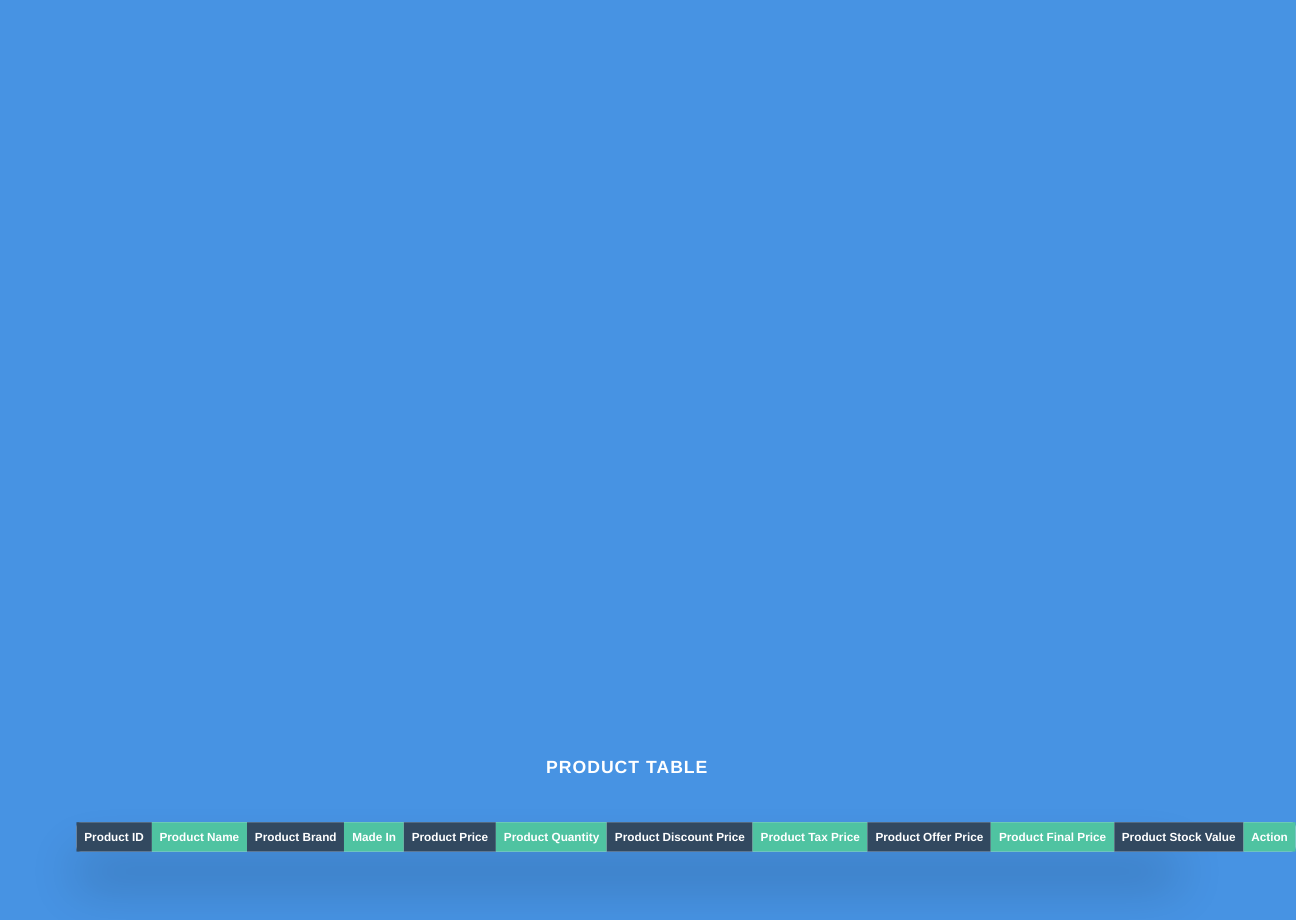
Repository: Prishu1310/SpringBootProjects
Page: http://localhost/product-list
These files come from the project's save history. The page is drawn as it stood at one moment and after the next save; the edit follows.
The browser window is 1280 px wide. The page is 1322 px wide, so the pictures cover 1322 px, including what lies to the right of the window. The pictures show the whole page, at 98% of full size.
The page is this project's Thymeleaf template; nobody is signed in. The template is opened directly, without the code that normally fills it, so the values that code supplies are empty.

Above is the page before, as saved 2024-12-21 17:38:01.

### com.springbootmvc/src/main/resources/templates/product-list.html
<!DOCTYPE html>
<html lang="en" xmlns:th="http://www.thymeleaf.org">
<head>
<meta charset="UTF-8">
<meta name="viewport" content="width=device-width, initial-scale=1.0">
<title>Product Table</title>
<style>
*{
    box-sizing: border-box;
    -webkit-box-sizing: border-box;
    -moz-box-sizing: border-box;
}
body{
    font-family: Helvetica;
    -webkit-font-smoothing: antialiased;
    background: rgba( 71, 147, 227, 1);
}
h2{
    text-align: center;
    font-size: 18px;
    text-transform: uppercase;
    letter-spacing: 1px;
    color: white;
    padding: 30px 0;
}

/* Table Styles */

.table-wrapper{
    margin: 10px 70px 70px;
    box-shadow: 0px 35px 50px rgba( 0, 0, 0, 0.2 );
}

.fl-table {
    border-radius: 5px;
    font-size: 12px;
    font-weight: normal;
    border: none;
    border-collapse: collapse;
    width: 100%;
    max-width: 100%;
    white-space: nowrap;
    background-color: white;
}

.fl-table td, .fl-table th {
    text-align: center;
    padding: 8px;
}

.fl-table td {
    border-right: 1px solid #f8f8f8;
    font-size: 12px;
}

.fl-table thead th {
    color: #ffffff;
    background: #4FC3A1;
}


.fl-table thead th:nth-child(odd) {
    color: #ffffff;
    background: #324960;
}

.fl-table tr:nth-child(even) {
    background: #F8F8F8;
}

/* Responsive */

@media (max-width: 767px) {
    .fl-table {
        display: block;
        width: 100%;
    }
    .table-wrapper:before{
        content: "Scroll horizontally >";
        display: block;
        text-align: right;
        font-size: 11px;
        color: white;
        padding: 0 0 10px;
    }
    .fl-table thead, .fl-table tbody, .fl-table thead th {
        display: block;
    }
    .fl-table thead th:last-child{
        border-bottom: none;
    }
    .fl-table thead {
        float: left;
    }
    .fl-table tbody {
        width: auto;
        position: relative;
        overflow-x: auto;
    }
    .fl-table td, .fl-table th {
        padding: 20px .625em .625em .625em;
        height: 60px;
        vertical-align: middle;
        box-sizing: border-box;
        overflow-x: hidden;
        overflow-y: auto;
        width: 120px;
        font-size: 13px;
        text-overflow: ellipsis;
    }
    .fl-table thead th {
        text-align: left;
        border-bottom: 1px solid #f7f7f9;
    }
    .fl-table tbody tr {
        display: table-cell;
    }
    .fl-table tbody tr:nth-child(odd) {
        background: none;
    }
    .fl-table tr:nth-child(even) {
        background: transparent;
    }
    .fl-table tr td:nth-child(odd) {
        background: #F8F8F8;
        border-right: 1px solid #E6E4E4;
    }
    .fl-table tr td:nth-child(even) {
        border-right: 1px solid #E6E4E4;
    }
    .fl-table tbody td {
        display: block;
        text-align: center;
    }
}
.button-8 {
  background-color: #e1ecf4;
  border-radius: 3px;
  border: 1px solid #7aa7c7;
  box-shadow: rgba(255, 255, 255, .7) 0 1px 0 0 inset;
  box-sizing: border-box;
  color: #39739d;
  cursor: pointer;
  display: inline-block;
  font-family: -apple-system,system-ui,"Segoe UI","Liberation Sans",sans-serif;
  font-size: 13px;
  font-weight: 400;
  line-height: 1.15385;
  margin: 0;
  outline: none;
  padding: 8px .8em;
  position: relative;
  text-align: center;
  text-decoration: none;
  user-select: none;
  -webkit-user-select: none;
  touch-action: manipulation;
  vertical-align: baseline;
  white-space: nowrap;
}

.button-8:hover,
.button-8:focus {
  background-color: #b3d3ea;
  color: #2c5777;
}

.button-8:focus {
  box-shadow: 0 0 0 4px rgba(0, 149, 255, .15);
}

.button-8:active {
  background-color: #a0c7e4;
  box-shadow: none;
  color: #2c5777;
}
.animationRightLeft {
  animation: animationRightLeft 2s ease-in-out infinite;
}
.animationLeftRight {
  animation: animationLeftRight 2s ease-in-out infinite;
}
.tans3s {
  animation: animationLeftRight 3s ease-in-out infinite;
}
.tans4s {
  animation: animationLeftRight 4s ease-in-out infinite;
}

@keyframes animationLeftRight {
  0% {
    transform: translateX(0px);
  }
  50% {
    transform: translateX(1000px);
  }
  100% {
    transform: translateX(0px);
  }
}

@keyframes animationRightLeft {
  0% {
    transform: translateX(0px);
  }
  50% {
    transform: translateX(-1000px);
  }
  100% {
    transform: translateX(0px);
  }
}
</style>
</head>
<body>
<div class="login-root">
    <div class="box-root flex-flex flex-direction--column" style="min-height: 100vh;flex-grow:1">
      <div class="loginbackground box-background--white padding-top--64">
        <div class="loginbackground-gridContainer">
          <div class="box-root flex-flex" style="grid-area: top / start / 8 / end;">
            <div class="box-root" style="background-image: linear-gradient(white 0%, rgb(247, 250, 252) 33%); flex-grow: 1;">
            </div>
          </div>
          <div class="box-root flex-flex" style="grid-area: 4 / 2 / auto / 5;">
            <div class="box-root box-divider--light-all-2 animationLeftRight tans3s" style="flex-grow: 1;"></div>
          </div>
          <div class="box-root flex-flex" style="grid-area: 6 / start / auto / 2;">
            <div class="box-root box-background--blue800" style="flex-grow: 1;"></div>
          </div>
          <div class="box-root flex-flex" style="grid-area: 7 / start / auto / 4;">
            <div class="box-root box-background--blue animationLeftRight" style="flex-grow: 1;"></div>
          </div>
          <div class="box-root flex-flex" style="grid-area: 8 / 4 / auto / 6;">
            <div class="box-root box-background--gray100 animationLeftRight tans3s" style="flex-grow: 1;"></div>
          </div>
          <div class="box-root flex-flex" style="grid-area: 2 / 15 / auto / end;">
            <div class="box-root box-background--cyan200 animationRightLeft tans4s" style="flex-grow: 1;"></div>
          </div>
          <div class="box-root flex-flex" style="grid-area: 3 / 14 / auto / end;">
            <div class="box-root box-background--blue animationRightLeft" style="flex-grow: 1;"></div>
          </div>
          <div class="box-root flex-flex" style="grid-area: 4 / 17 / auto / 20;">
            <div class="box-root box-background--gray100 animationRightLeft tans4s" style="flex-grow: 1;"></div>
          </div>
          <div class="box-root flex-flex" style="grid-area: 5 / 14 / auto / 17;">
            <div class="box-root box-divider--light-all-2 animationRightLeft tans3s" style="flex-grow: 1;"></div>
          </div>
        </div>
      </div>
      </div>
      </div>
	<h2>Product Table</h2>
	<div class="table-wrapper">
    <table class="fl-table">
        <thead>
            <tr>
				<th>Product ID</th>
				<th>Product Name</th>
				<th>Product Brand</th>
				<th>Made In</th>
				<th>Product Price</th>
				<th>Product Quantity</th>
				<th>Product Discount Price</th>
				<th>Product Tax Price</th>
				<th>Product Offer Price</th>
				<th>Product Final Price</th>
				<th>Product Stock Value</th>
				<th>Action</th>
			</tr>
        </thead>
        <tbody>
        <tr th:each="product:${products}">
				<td th:text="${product.id}"></td>
				<td th:text="${product.name}"></td>
				<td th:text="${product.brand}"></td>
				<td th:text="${product.madeIn}"></td>
				<td th:text="${product.price}"></td>
				<td th:text="${product.quantity}"></td>
				<td th:text="${product.discountPrice}"></td>
				<td th:text="${product.taxPrice}"></td>
				<td th:text="${product.offerPrice}"></td>
				<td th:text="${product.finalPrice}"></td>
				<td th:text="${product.stockValue}"></td>
				<td><a th:href="@{'/delete/'+${product.id}}"><button class="button-8" role="button">Delete</button></a></td>
				<td><button class="button-8" role="button">Edit</button></td>
			</tr>
        <tbody>
    </table>
</div>

</body>
</html>

After the next save:
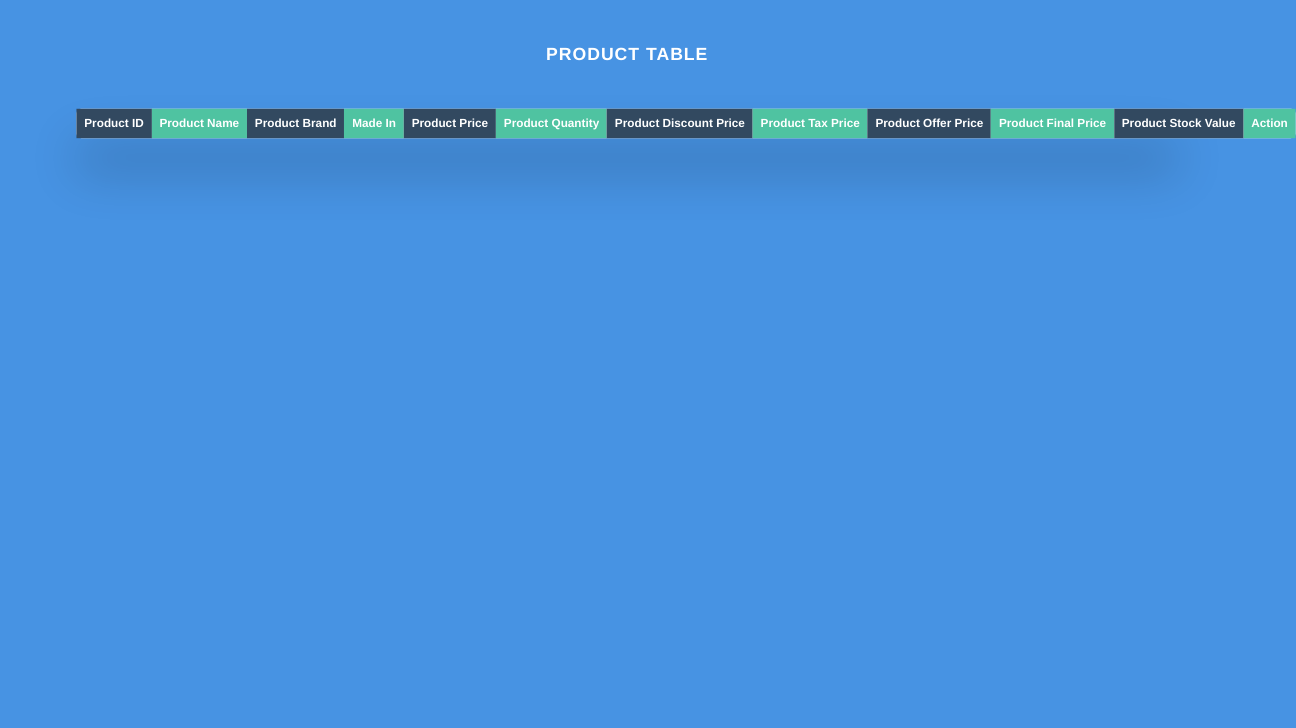
Saved 101 s later.
--- a/com.springbootmvc/src/main/resources/templates/product-list.html
+++ b/com.springbootmvc/src/main/resources/templates/product-list.html
@@ -247,8 +247,7 @@ h2{
           </div>
         </div>
       </div>
-      </div>
-      </div>
+
 	<h2>Product Table</h2>
 	<div class="table-wrapper">
     <table class="fl-table">
@@ -287,6 +286,8 @@ h2{
         <tbody>
     </table>
 </div>
+ </div>
+      </div>
 
 </body>
 </html>
